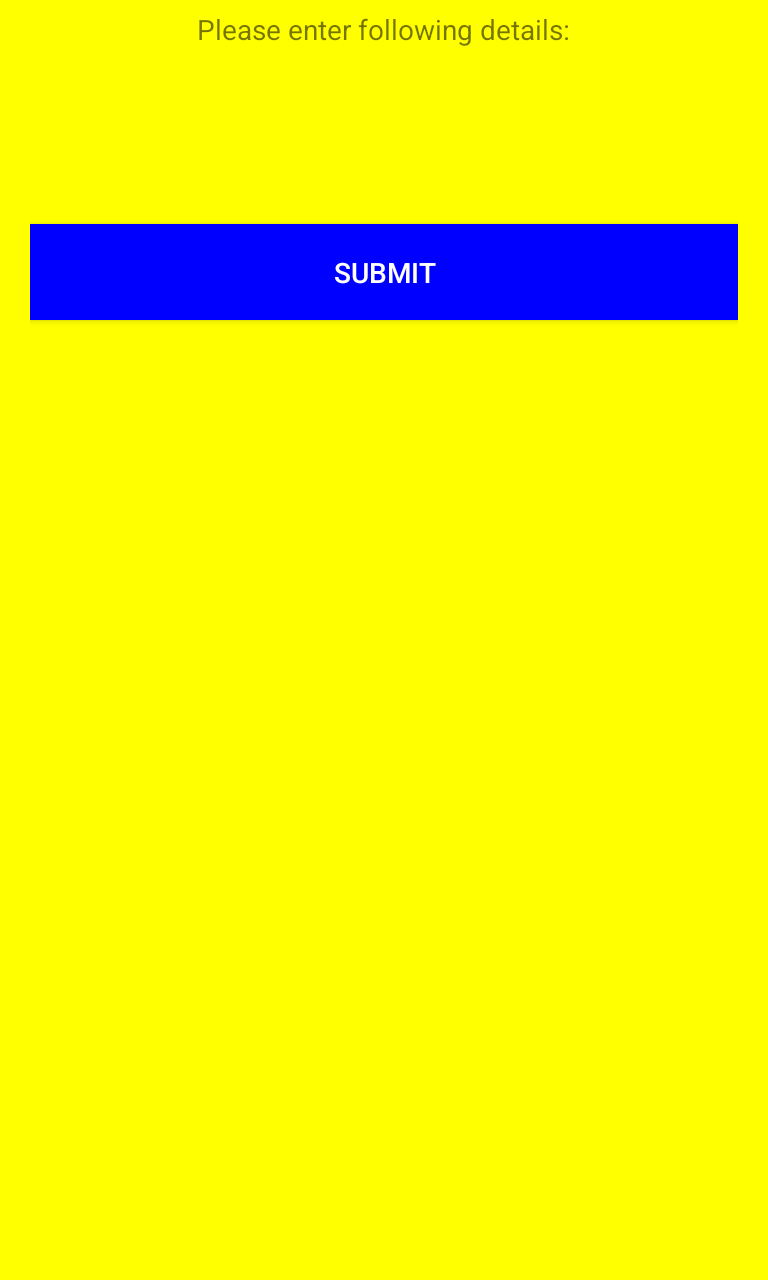
Repository: pankajksharma/chutta-pay
Layout: ChuttaPay/res/layout/activity_voice.xml
The author's editor kept a copy of each file at every save. The layout is drawn from the files as they stood at one save, then again after the next save.
It is drawn on a 768 x 1280 px phone screen (xhdpi) without system bars, with theme AppTheme; the app's code is not run. The app's manifest (not shown) leaves right-to-left support off. So textAlignment, textDirection and layoutDirection are ignored, and left and right values win over start and end ones.

Above is the layout before, as saved 2014-04-26 17:07:13.

### ChuttaPay/res/layout/activity_voice.xml
<?xml version="1.0" encoding="utf-8"?>
<RelativeLayout xmlns:android="http://schemas.android.com/apk/res/android"
    android:layout_width="match_parent"
    android:layout_height="match_parent"
    android:background="#ffff00"
    android:paddingLeft="15dp"
    android:paddingRight="15dp" >

    <TextView
        android:id="@+id/tv_info"
        android:layout_width="wrap_content"
        android:layout_height="wrap_content"
        android:layout_centerHorizontal="true"
        android:layout_marginTop="5dp"
        android:text="Please enter following details:" />

    <TextView
        android:id="@+id/voice_info"
        android:layout_width="wrap_content"
        android:layout_height="wrap_content"
        android:layout_below="@+id/tv_info"
        android:layout_centerHorizontal="true"
        android:layout_marginTop="25dp" />

    <Button
        android:id="@+id/btn_submit"
        android:layout_width="match_parent"
        android:layout_height="wrap_content"
        android:layout_below="@+id/voice_info"
        android:layout_marginTop="44dp"
        android:background="#0000ff"
        android:text="Submit"
        android:textAlignment="center"
        android:textColor="#ffffff" />



</RelativeLayout>

Loaded but not shown: ChuttaPay/res/values/styles.xml (common file); ChuttaPay/res/values-v11/styles.xml (common file); ChuttaPay/res/values-v14/styles.xml (common file)

After the next save:
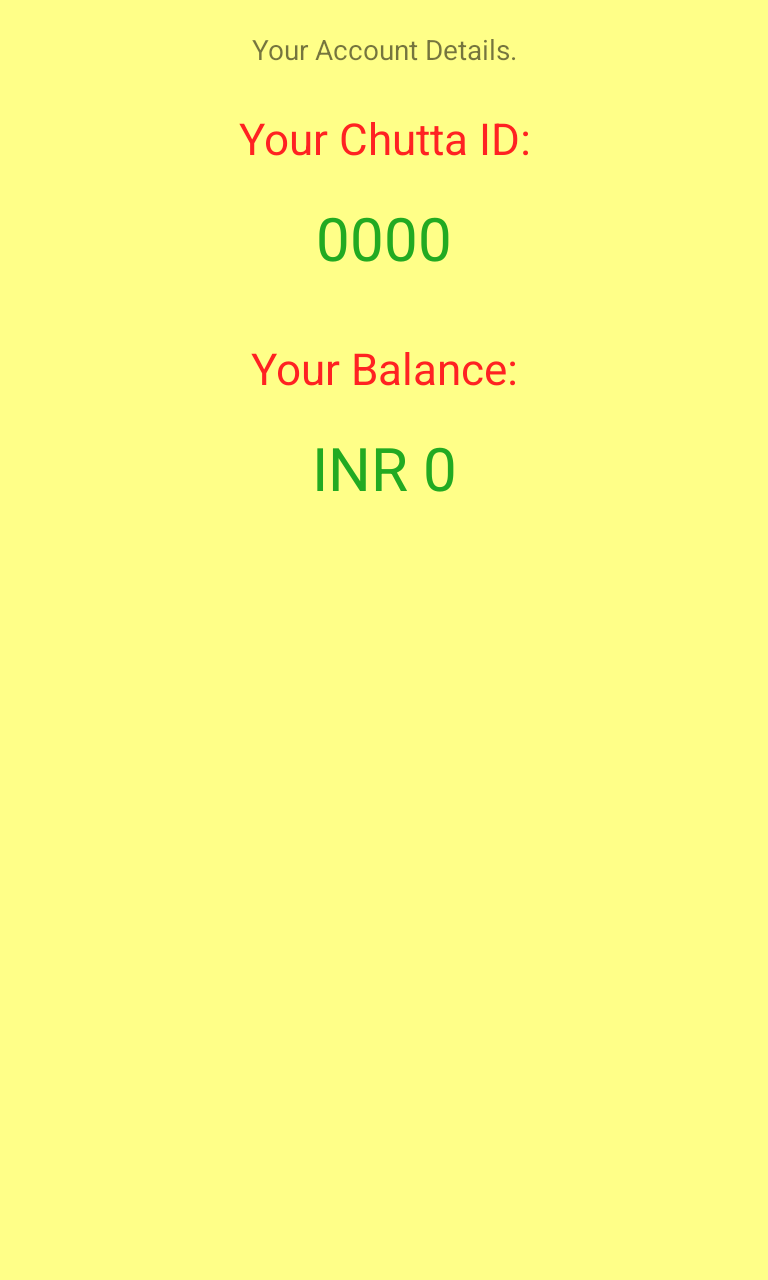
Saved 50 s later.
--- a/ChuttaPay/res/layout/activity_voice.xml
+++ b/ChuttaPay/res/layout/activity_voice.xml
@@ -2,37 +2,63 @@
 <RelativeLayout xmlns:android="http://schemas.android.com/apk/res/android"
     android:layout_width="match_parent"
     android:layout_height="match_parent"
-    android:background="#ffff00"
+    android:background="#ffff88"
     android:paddingLeft="15dp"
     android:paddingRight="15dp" >
 
-    <TextView
-        android:id="@+id/tv_info"
-        android:layout_width="wrap_content"
+    <LinearLayout
+        android:id="@+id/ll"
+        android:layout_width="match_parent"
         android:layout_height="wrap_content"
         android:layout_centerHorizontal="true"
-        android:layout_marginTop="5dp"
-        android:text="Please enter following details:" />
+        android:layout_marginTop="15dp"
+        android:orientation="vertical" >
 
-    <TextView
-        android:id="@+id/voice_info"
-        android:layout_width="wrap_content"
-        android:layout_height="wrap_content"
-        android:layout_below="@+id/tv_info"
-        android:layout_centerHorizontal="true"
-        android:layout_marginTop="25dp" />
+        <TextView
+            android:layout_width="match_parent"
+            android:layout_height="wrap_content"
+            android:gravity="center_horizontal"
+            android:layout_marginBottom="20dp"
+            android:text="Your Account Details." />
 
-    <Button
-        android:id="@+id/btn_submit"
-        android:layout_width="match_parent"
-        android:layout_height="wrap_content"
-        android:layout_below="@+id/voice_info"
-        android:layout_marginTop="44dp"
-        android:background="#0000ff"
-        android:text="Submit"
-        android:textAlignment="center"
-        android:textColor="#ffffff" />
+        <TextView
+            android:layout_width="match_parent"
+            android:layout_height="wrap_content"
+            android:gravity="center_horizontal"
+            android:layout_marginBottom="15dp"
+            android:textColor="#ff2222"
+            android:textSize="22dp"
+            android:text="Your Chutta ID:" />
 
+        <TextView
+            android:id="@+id/txt_user_id"
+            android:layout_width="match_parent"
+            android:layout_height="wrap_content"
+            android:gravity="center_horizontal"
+            android:layout_marginBottom="30dp"
+            android:textColor="#22aa22"
+            android:textSize="30dp"
+            android:text="0000" />
 
+        <TextView
+            android:layout_width="match_parent"
+            android:layout_height="wrap_content"
+            android:gravity="center_horizontal"
+            android:layout_marginBottom="15dp"
+            android:textColor="#ff2222"
+            android:textSize="22dp"
+            android:text="Your Balance:" />
+
+        <TextView
+            android:id="@+id/txt_balance"
+            android:layout_width="match_parent"
+            android:layout_height="wrap_content"
+            android:gravity="center_horizontal"
+            android:layout_marginBottom="20dp"
+            android:textColor="#22aa22"
+            android:textSize="30dp"
+            android:text="INR 0" />
+
+    </LinearLayout>
 
 </RelativeLayout>
